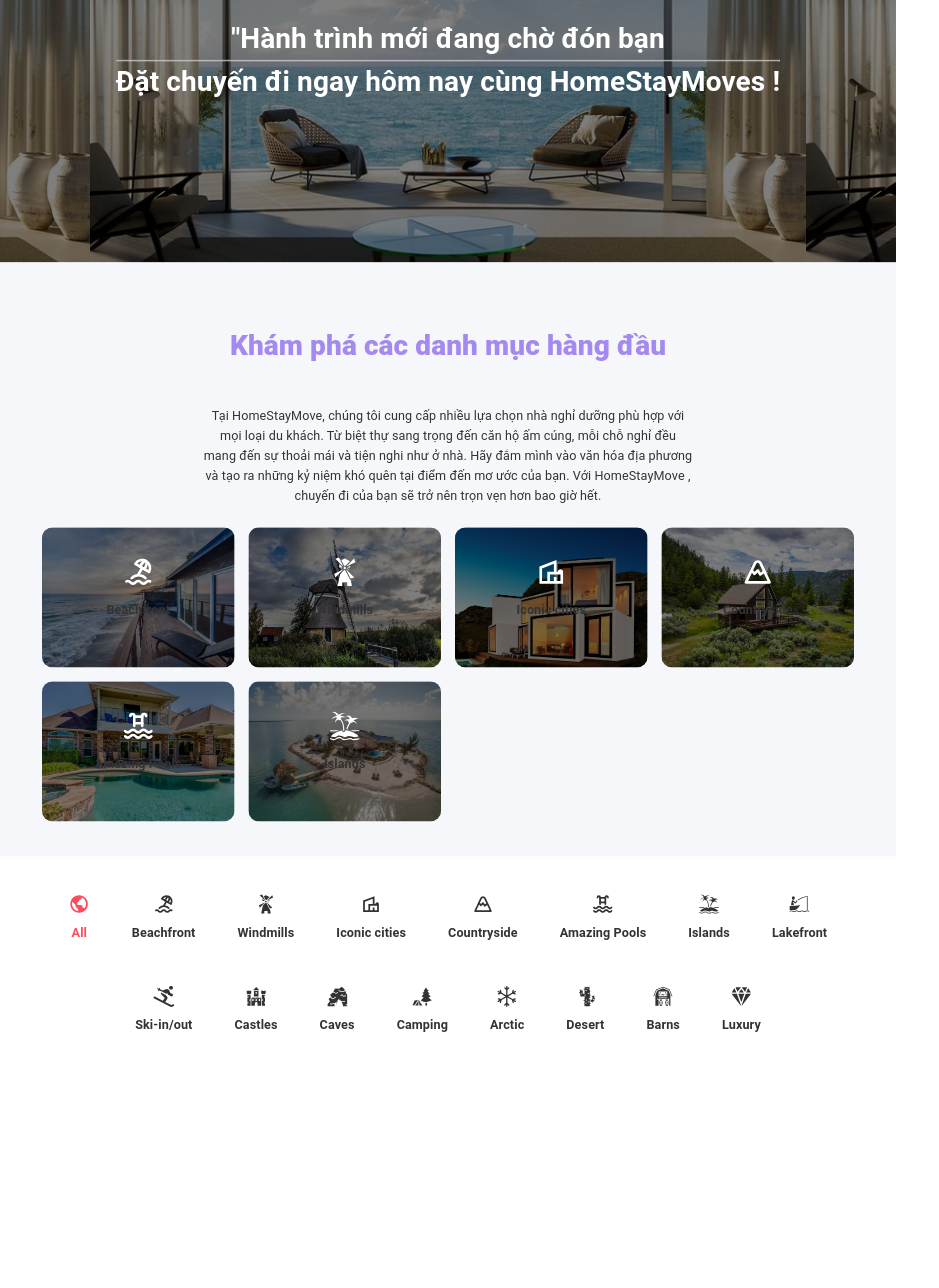
Repository: minhquang203/Homestay
Page: / (app in client/)
These files come from the project's save history. The page is drawn as it stood at one moment and after the next save; the edit follows.
The browser window is 1280 px wide. The page is 1342 px wide, so the pictures cover 1342 px, including what lies to the right of the window. The pictures show the part of the page from y = 329 to 2169 px (the page is 2773 px tall), at 70% of full size.
The page's requests for data from a server got no answer. The project was rebuilt for these pictures with package versions that can differ from the ones it lists, and the page was loaded fresh each time. No one was signed in, and anything a server would have sent is missing. Also part of the build but not shown: client/src/styles/ListingCard.scss, client/src/components/ListingCard.jsx, client/src/styles/variable.scss, client/src/styles/List.scss, client/src/pages/CategoryPage.jsx, client/src/styles/CreateListing.scss, client/src/pages/CreateListing.jsx, client/src/styles/ListingDetails.scss and 17 more.

Above is the page before, as saved 2025-04-03 23:56:11.

### client/public/index.html
<!DOCTYPE html>
<html lang="en">
  <head>
    <meta charset="utf-8" />
    <link rel="icon" href="%PUBLIC_URL%/favicon.ico" />
    <meta name="viewport" content="width=device-width, initial-scale=1" />
    <meta name="theme-color" content="#000000" />
    <meta
      name="description"
      content="Web site created using create-react-app"
    />
    <link rel="apple-touch-icon" href="%PUBLIC_URL%/logo192.png" />
    <link rel="manifest" href="%PUBLIC_URL%/manifest.json" />
    <link rel="preconnect" href="https://fonts.googleapis.com">
    <link rel="preconnect" href="https://fonts.gstatic.com" crossorigin>
    <link href="https://fonts.googleapis.com/css2?family=Nunito:ital,wght@0,200..1000;1,200..1000&display=swap" rel="stylesheet">
    <title>HomeStayMove</title>
  </head>
  <body>
    <div id="root"></div>

  </body>
</html>

### client/src/App.css
* {
  margin: 0;
  padding: 0;
  box-sizing: border-box;
  font-family: 'Nunito'sans-serif;
}

### client/src/pages/HomePage.jsx
import Categories from "../components/Categories";
import Footer from "../components/Footer";
import Listings from "../components/Listings";
import Navbar from '../components/Navbar';
import Slide from "../components/Slide";



const HomePage = () => {

  // Lấy thông tin người dùng từ Redux state
  return <div>
    <Navbar/>
    <Slide/>
    <Categories/>
    <Listings/>
    <Footer />
  </div>;
};

export default HomePage;

### client/src/components/Footer.jsx
import { Email, LocalPhone } from "@mui/icons-material";
import { Link } from "react-router-dom";
import "../styles/Footer.scss";
const Footer = () => {
  return (
    <div className="footer">
      <div className="footer_left">
        <a href="/">
          <img src="/assets/logo.png" alt="logo" />
        </a>
      </div>

      <div className="footer_center">
        <h3>Useful Links</h3>
        <ul>
          <li>
            <Link to="/about-us">About Us</Link>
          </li>
          <li>
            <Link to="/terms-and-conditions">Terms and Conditions</Link>
          </li>
          <li>
            <Link to="/return-and-refund-policy">Return and Refund Policy</Link>
          </li>
        </ul>
      </div>

      <div className="footer_right">
        <h3>Contact</h3>
        <div className="footer_right_info">
          <LocalPhone />
          <p>+84 904421394</p>
        </div>
        <div className="footer_right_info">
          <Email />
          <p>homestay@gmail.com</p>
          <p>tranminhquang082003@gmail.com</p>
        </div>
        <img src="/assets/payment.png" alt="payment" />
      </div>
    </div>
  );
};

export default Footer;

### client/src/components/Loader.jsx
import "../styles/Loader.scss";

const Loader = () => {
  return (
    <div className="loader">
      <div className="loader-inner"></div>
    </div>
  );
};

export default Loader;

### client/src/components/Categories.jsx
import { Link } from "react-router-dom";
import { categories } from "../data";
import "../styles/Categories.scss";

const Categories = () => {
  return (
    <div className="categories">
      <h1>Khám phá các danh mục hàng đầu</h1>
      <p>
        Tại HomeStayMove, chúng tôi cung cấp nhiều lựa chọn nhà nghỉ dưỡng phù hợp
        với mọi loại du khách. Từ biệt thự sang trọng đến căn hộ ấm cúng, mỗi
        chỗ nghỉ đều mang đến sự thoải mái và tiện nghi như ở nhà. Hãy đắm mình
        vào văn hóa địa phương và tạo ra những kỷ niệm khó quên tại điểm đến mơ
        ước của bạn. Với HomeStayMove , chuyến đi của bạn sẽ trở nên trọn vẹn hơn
        bao giờ hết.
      </p>

      <div className="categories_list">
        {categories?.slice(1, 7).map((category, index) => (
          <Link to={`/properties/category/${category.label}`}>
            <div className="category">
              <img src={category.img} alt={category.label} />
              <div className="overlay">
                <div className="category_text">
                  <div className="category_text_icon">
                    {category.icon}
                    <p>{category.label}</p>
                  </div>
                </div>
              </div>
            </div>
          </Link>
        ))}
      </div>
    </div>
  );
};

export default Categories;

### client/src/components/Listings.jsx
import { useEffect, useState } from "react";
import { useDispatch, useSelector } from "react-redux";
import { categories } from "../data";
import { setListings } from "../Redux/state";
import "../styles/Listings.scss";
import ListingCard from "./ListingCard";
import Loader from "./Loader";

const Listings = () => {
  const dispatch = useDispatch();
  const [loading, setLoading] = useState(true);

  const [selectedCategory, setSelectedCategory] = useState("All");

  const listings = useSelector((state) => state.listings);

  const getFeedListings = async () => {
    try {
      const response = await fetch(
        selectedCategory !== "All"
          ? `http://localhost:3002/properties?category=${selectedCategory}`
          : "http://localhost:3002/properties",
        {
          method: "GET",
        }
      );

      const data = await response.json();
      dispatch(setListings({ listings: data }));
      setLoading(false);
    } catch (err) {
      console.log("Fetch Listings Failed", err.message);
    }
  };

  useEffect(() => {
    getFeedListings();
  }, [selectedCategory]);

  return (
    <>
      <div className="category-list">
        {categories?.map((category, index) => (
          <div
            className={`category ${category.label === selectedCategory ? "selected" : ""}`}
            key={index}
            onClick={() => setSelectedCategory(category.label)}
          >
            <div className="category_icon">{category.icon}</div>
            <p>{category.label}</p>
          </div>
        ))}
      </div>

      {loading ? (
        <Loader />
      ) : (
        <div className="listings">
          {listings.map(
            ({
              _id,
              creator,
              listingPhotoPaths,
              city,
              province,
              country,
              category,
              type,
              price,
              booking = false
            }) => (
              <ListingCard
                key={_id}
                listingId={_id}
                creator={creator}
                listingPhotoPaths={listingPhotoPaths}
                city={city}
                province={province}
                country={country}
                category={category}
                type={type}
                price={price}
                booking ={booking}
              />
            )
          )}
        </div>
      )}
    </>
  );
};

export default Listings;

### client/src/components/Slide.jsx
import "../styles/Slide.scss";

const Slide = () => {
  return (
    <div className="slidePage">
      <h1>
        "Hành trình mới đang chờ đón bạn <hr/>   Đặt chuyến đi ngay hôm nay cùng
        HomeStayMoves !
      </h1>
    </div>
  );
};

export default Slide;

### client/src/styles/Footer.scss
@import "./variable.scss";
@import "./breakpoints.scss";

.footer {
  display: flex;
  justify-content: space-between;
  align-items: center;
  gap: 50px;
  padding: 10px 70px;

  @include lg {
    padding: 10px 30px;
  }

  &_left {
    max-width: 400px;

    img {
      max-width: 150px;
      margin-bottom: 20px;
    }

    &_socials {
      display: flex;
      gap: 25px;
      margin-top: 20px;

      &_icon {
        width: 40px;
        height: 40px;
        border-radius: 50%;
        background-color: $pinkred;
        display: flex;
        justify-content: center;
        align-items: center;
        cursor: pointer;
        transition: all 0.5s ease-in-out;

        &:hover {
          transform: scale(1.2);
        }
      }
    }
  }

  &_center {
    text-decoration: none;

    ul {
      list-style: none;
      margin-top: 20px;
      cursor: pointer;

      li:hover {
        color: $pinkred
      }

      a {
        text-decoration: none;
        color: black;

        &:hover {
          color: $pinkred;
        }
      }
    }

    @include md {
      display: none;
    }
  }

  &_right {
    max-width: 350px;

    h3 {
      margin-bottom: 20px;
    }

    &_info {
      display: flex;

      p {
        margin-left: 20px;
        margin-bottom: 15px;
      }
    }

    @include sm {
      display: none;
    }
  }
}

### client/src/styles/Loader.scss
.loader {
    display: flex;
    justify-content: center;
    align-items: center;
    height: 100vh;
  }

  .loader-inner {
    border: 6px solid #f3f3f3;
    border-top: 6px solid #3498db;
    border-radius: 50%;
    width: 40px;
    height: 40px;
    animation: spin 2s linear infinite;
  }

  @keyframes spin {
    0% { transform: rotate(0deg); }
    100% { transform: rotate(360deg); }
  }

### client/src/styles/Navbar.scss
@import "./breakpoints.scss";
@import "./variable.scss";

.navbar {
  padding: 10px 60px;
  display: flex;
  justify-content: space-between;
  align-items: center;
  position: relative;
  background-color: #ffff;
  box-shadow: $box-shadow-small;  // Dùng biến shadow nhỏ cho navbar

  @include media-query(sm) {
    padding: 10px 20px;
  }

  img {
    width: 100px;
    cursor: pointer;
  }

  &_search {
    border: 1px solid $grey;
    border-radius: 30px;
    height: 50px;
    padding: 0 20px;
    display: flex;
    gap: 20px;
    align-items: center;
    width: 350px;

    input {
      border: none;
      outline: none;
      flex: 1;
      padding: 5px 10px;
    }

    &:hover {
      box-shadow: $box-shadow-small;
    }

    @include media-query(lg) {
      width: 500px;
    }

    @include media-query(sm) {
      display: none;
    }
  }

  &_right {
    display: flex;
    align-items: center;
    gap: 20px;

    .navbar_right_host {
      text-decoration: none;
      color: $darkgrey;
      font-weight: 700;
      cursor: pointer;

      &:hover {
        color: $pinkred;
      }

      @include media-query(sm) {
        display: none;
      }
    }

    &_account {
      height: 50px;
      display: flex;
      align-items: center;
      padding: 0 10px;
      border: 1px solid $grey;
      border-radius: 30px;
      gap: 10px;
      background-color: #ffff;
      cursor: pointer;
      transition: box-shadow 0.3s ease;

      &:hover {
        box-shadow: $box-shadow-large;
      }

      svg {
        color: $darkgrey;
      }
    }

    &_accountmenu {
      position: absolute;
      background-color: #ffff;
      right: 60px;
      top: 80px;
      display: flex;
      flex-direction: column;
      width: 200px;
      padding: 10px 0;
      border: 1px solid $lightgrey;
      border-radius: 20px;
      box-shadow: $box-shadow-large;
      z-index: 9999;

      @include media-query(sm) {
        right: 20px;
      }

      a {
        width: 100%;
        padding: 8px 15px;
        text-decoration: none;
        color: $grey;
        font-weight: 700;
        display: block;

        &:hover {
          color: $pinkred;
          background-color: rgba(217, 213, 213, 0.2);
        }
      }
    }
  }
}

### client/src/styles/breakpoints.scss
  $breakpoints: (
    xs: 480px,
    sm: 768px,
    md: 992px,
    lg: 1200px,
    xl: 1400px
  );

  // Mixin media-query để dễ sử dụng các điểm ngắt
  @mixin media-query($size) {
    $breakpoint: map-get($breakpoints, $size);

    @if $breakpoint {
      @media (max-width: #{$breakpoint}) {
        @content;
      }
    } @else {
      @warn "Breakpoint '#{$size}' không tồn tại trong danh sách breakpoints!";
    }
  }
  @mixin sm {
    @media (max-width: map-get($breakpoints, "sm")) {
        @content;
    }
}

@mixin mm {
    @media (max-width: map-get($breakpoints, "mm")) {
        @content;
    }
}

@mixin md {
    @media (max-width: map-get($breakpoints, "md")) {
        @content;
    }
}

@mixin ml {
    @media (max-width: map-get($breakpoints, "ml")) {
        @content;
    }
}

@mixin lg {
    @media (max-width: map-get($breakpoints, "lg")) {
        @content;
    }
}

@mixin xl {
    @media (max-width: map-get($breakpoints, "xl")) {
        @content;
    }
}

  // Mixin để tạo kiểu cho button
  @mixin buttonStyle {
    padding: 10px 15px;
    background-color: $pinkred;
    border: none;
    font-size: 20px;
    font-weight: 600;
    cursor: pointer;
    transform: 0.3s ease;
    color: white;
    border-radius: 10px;
  }
  // Mixin flex-center để căn giữa các phần tử theo cả chiều ngang và dọc
@mixin flex-center {
  display: flex;
  justify-content: center;
  align-items: center;
}

### client/src/styles/Categories.scss
@import "./variable.scss";
@import "./breakpoints.scss";

.categories {
  padding: 50px 60px;
  display: flex;
  flex-direction: column;
  align-items: center;
  text-align: center;
  background-color: $lightgrey;

  h1 {
    color: $blue;
    font-size: 40px;
    font-weight: 800;
    margin-bottom: 15px;
  }

  p {
    max-width: 700px;
    font-size: 18px;
    color: $darkgrey;
    line-height: 1.6;
    margin-bottom: 30px;
  }

  .categories_list {
    display: grid;
    grid-template-columns: repeat(auto-fit, minmax(250px, 1fr));
    gap: 20px;
    width: 100%;

    a {
      text-decoration: none;
    }

    .category {
      position: relative;
      display: flex;
      justify-content: center;
      align-items: center;
      width: 100%;
      height: 200px;
      overflow: hidden;
      border-radius: 15px;
      cursor: pointer;
      transition: transform 0.3s ease, box-shadow 0.3s ease;

      img {
        position: absolute;
        width: 100%;
        height: 100%;
        object-fit: cover;
        transition: transform 0.3s ease;
      }

      .overlay {
        position: absolute;
        width: 100%;
        height: 100%;
        background-color: rgba(0, 0, 0, 0.5);
        transition: background-color 0.3s ease;
        display: flex;
        justify-content: center;
        align-items: center;
      }

      .category_text {
        position: relative;
        color: white;
        text-align: center;
        z-index: 2;

        &_icon {
          font-size: 45px;
          margin-bottom: 10px;
        }

        p {
          font-size: 18px;
          font-weight: 600;
        }
      }

      &:hover {
        transform: translateY(-5px);
        box-shadow: 0 10px 20px rgba(0, 0, 0, 0.2);

        img {
          transform: scale(1.1);
        }

        .overlay {
          background-color: rgba(0, 0, 0, 0.7);
        }
      }
    }
  }
}

### client/src/styles/Listings.scss
@import "./variable.scss";
@import "./breakpoints.scss";

.category-list {
  padding: 50px 80px;
  display: flex;
  justify-content: center;
  flex-wrap: wrap;
  gap: 60px;

  @include sm {
    padding: 50px 20px;
  }

  .category {
    display: flex;
    flex-direction: column;
    align-items: center;
    color: $darkgrey;
    cursor: pointer;

    &_icon {
      font-size: 30px;
    }

    p {
      font-size: 18px;
      font-weight: 700;
    }

    &:hover {
      color: $pinkred;
    }
  }

  .selected {
    color: $pinkred;
  }
}

.listings {
  padding: 0 60px 120px;
  display: flex;
  flex-wrap: wrap;
  justify-content: center;
  gap: 5px;

  @include lg {
    padding: 0 20px 120px;
  }
}

### client/src/styles/Slide.scss
.slidePage {
  width: 100vw;
  height: 80vh;
  background: linear-gradient(rgba(0, 0, 0, 0.5), rgba(0, 0, 0, 0.5)),
    url("../../public/assets/slide.jpg");
  background-position: center top;
  background-size: contain;

  display: flex;
  justify-content: center;
  align-items: center;
  text-align: center;
  position: relative;

  animation: moveRight 2s ease-out forwards; /* Di chuyển từ trái sang phải */
}

// /* Định nghĩa keyframe cho hiệu ứng chuyển động từ trái sang phải */
// @keyframes moveRight {
//   0% {
//     transform: translateX(-100%); /* Bắt đầu bên ngoài màn hình (trái) */
//   }
//   100% {
//     transform: translateX(0); /* Kết thúc tại vị trí ban đầu */
//   }
// }

h1 {
  padding: 40px 20px;
  font-size: 40px;
  text-align: center;
  color: white;
  z-index: 1; /* Đảm bảo văn bản luôn ở trên hình nền */
  position: relative;
}

Loaded but not shown: client/src/data.js (270 lines, source omitted); client/src/App.js (46 lines, source omitted); client/src/Redux/state.js (69 lines, source omitted); client/src/Redux/store.js (38 lines, source omitted); client/src/index.js (33 lines, source omitted); client/src/components/Navbar.jsx (84 lines, source omitted)

After the next save:
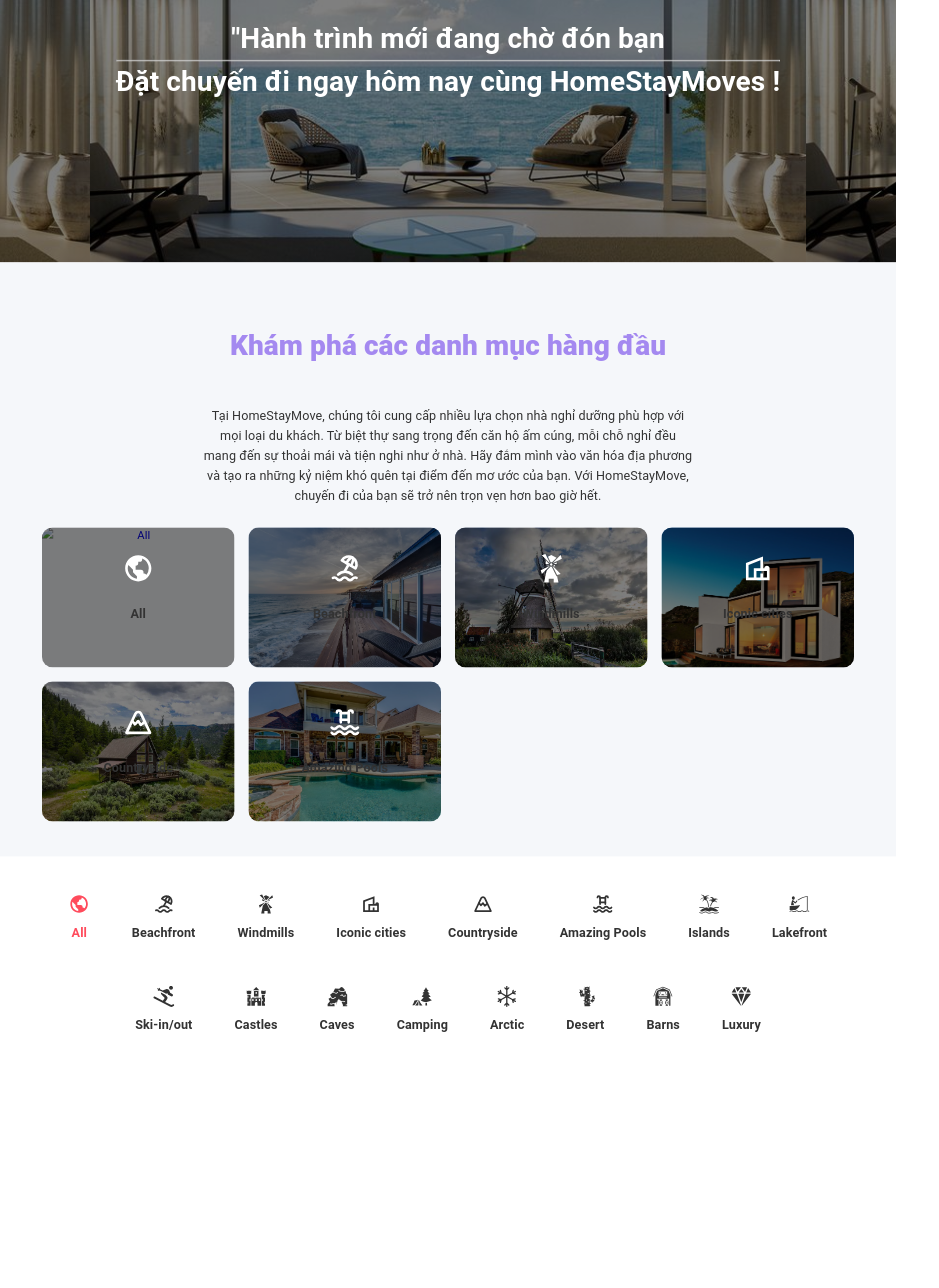
Saved 8 s later.
--- a/client/src/components/Categories.jsx
+++ b/client/src/components/Categories.jsx
@@ -11,21 +11,19 @@
         với mọi loại du khách. Từ biệt thự sang trọng đến căn hộ ấm cúng, mỗi
         chỗ nghỉ đều mang đến sự thoải mái và tiện nghi như ở nhà. Hãy đắm mình
         vào văn hóa địa phương và tạo ra những kỷ niệm khó quên tại điểm đến mơ
-        ước của bạn. Với HomeStayMove , chuyến đi của bạn sẽ trở nên trọn vẹn hơn
+        ước của bạn. Với HomeStayMove, chuyến đi của bạn sẽ trở nên trọn vẹn hơn
         bao giờ hết.
       </p>
 
       <div className="categories_list">
-        {categories?.slice(1, 7).map((category, index) => (
-          <Link to={`/properties/category/${category.label}`}>
+        {categories?.slice(0, 6).map((category, index) => (
+          <Link to={`/properties/category/${category.label}`} key={index}>
             <div className="category">
               <img src={category.img} alt={category.label} />
               <div className="overlay">
                 <div className="category_text">
-                  <div className="category_text_icon">
-                    {category.icon}
-                    <p>{category.label}</p>
-                  </div>
+                  <div className="category_text_icon">{category.icon}</div>
+                  <p>{category.label}</p>
                 </div>
               </div>
             </div>

After the save that followed:
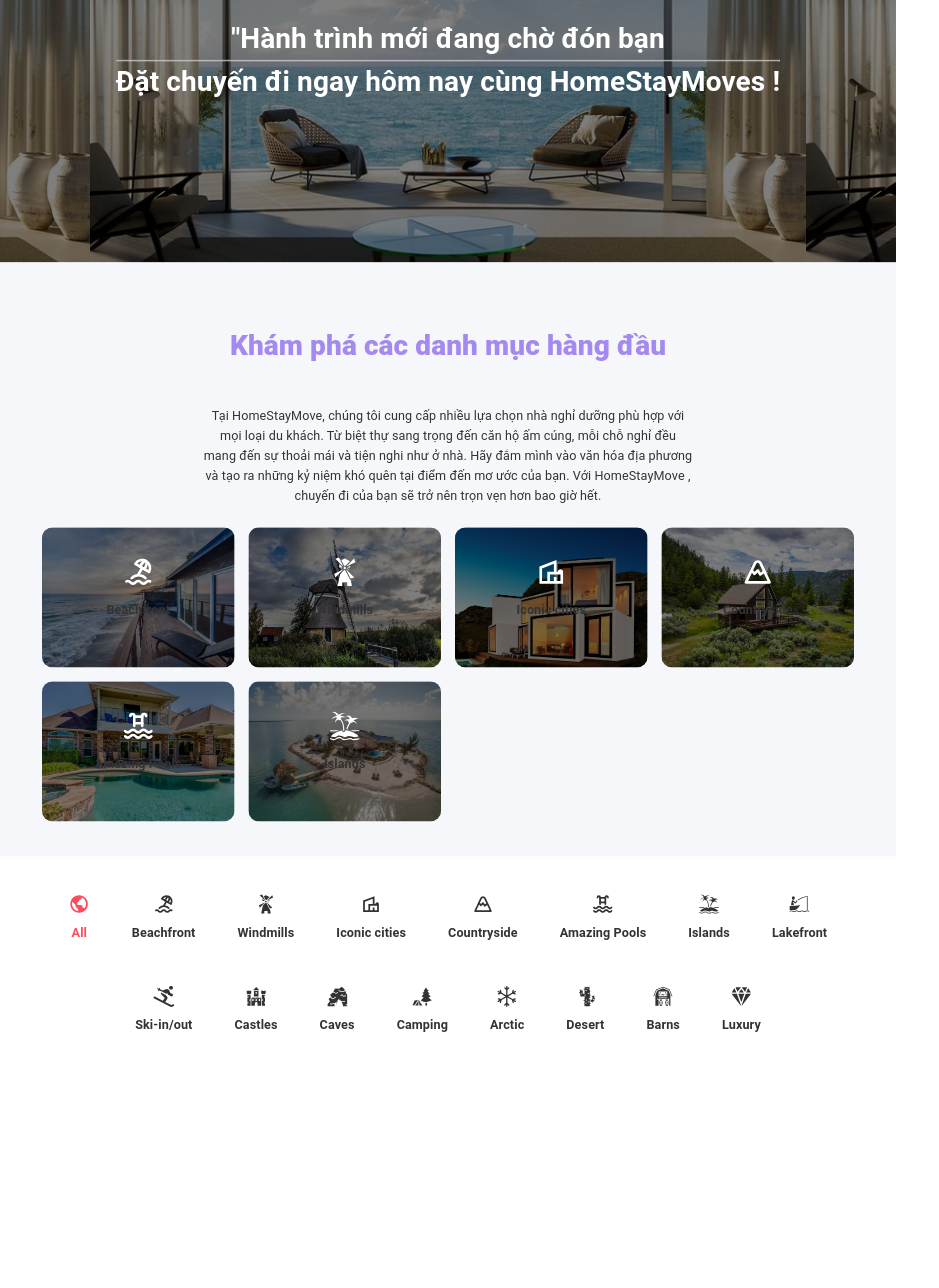
Saved 6 s later.
--- a/client/src/components/Categories.jsx
+++ b/client/src/components/Categories.jsx
@@ -11,19 +11,21 @@
         với mọi loại du khách. Từ biệt thự sang trọng đến căn hộ ấm cúng, mỗi
         chỗ nghỉ đều mang đến sự thoải mái và tiện nghi như ở nhà. Hãy đắm mình
         vào văn hóa địa phương và tạo ra những kỷ niệm khó quên tại điểm đến mơ
-        ước của bạn. Với HomeStayMove, chuyến đi của bạn sẽ trở nên trọn vẹn hơn
+        ước của bạn. Với HomeStayMove , chuyến đi của bạn sẽ trở nên trọn vẹn hơn
         bao giờ hết.
       </p>
 
       <div className="categories_list">
-        {categories?.slice(0, 6).map((category, index) => (
-          <Link to={`/properties/category/${category.label}`} key={index}>
+        {categories?.slice(1, 7).map((category, index) => (
+          <Link to={`/properties/category/${category.label}`}>
             <div className="category">
               <img src={category.img} alt={category.label} />
               <div className="overlay">
                 <div className="category_text">
-                  <div className="category_text_icon">{category.icon}</div>
-                  <p>{category.label}</p>
+                  <div className="category_text_icon">
+                    {category.icon}
+                    <p>{category.label}</p>
+                  </div>
                 </div>
               </div>
             </div>
